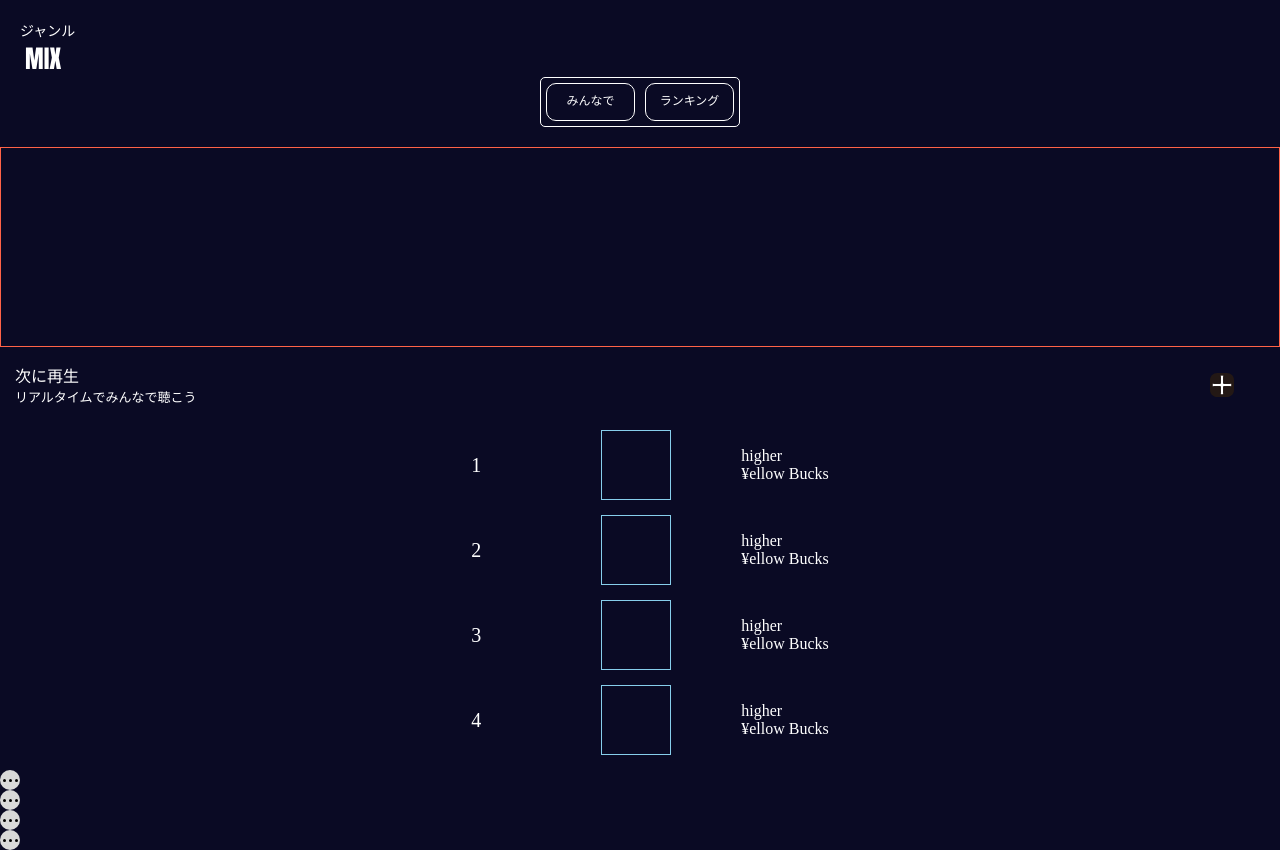
Repository: FujieRyou/2024_team
Page: /LoggedIn
An editor plug-in stored every save of this project. The page is shown before and after the next save, followed by the edit.
The browser window is 1280 px wide. The pictures show the whole page.
The project was rebuilt for these pictures with package versions that can differ from the ones it lists, and the page was loaded fresh each time. The framework's server and built-in components were replaced by stand-ins that run in the browser. Also part of the build but not shown: next.config.js.

Above is the page before, as saved 2024-01-10 10:39:55.

After the next save:
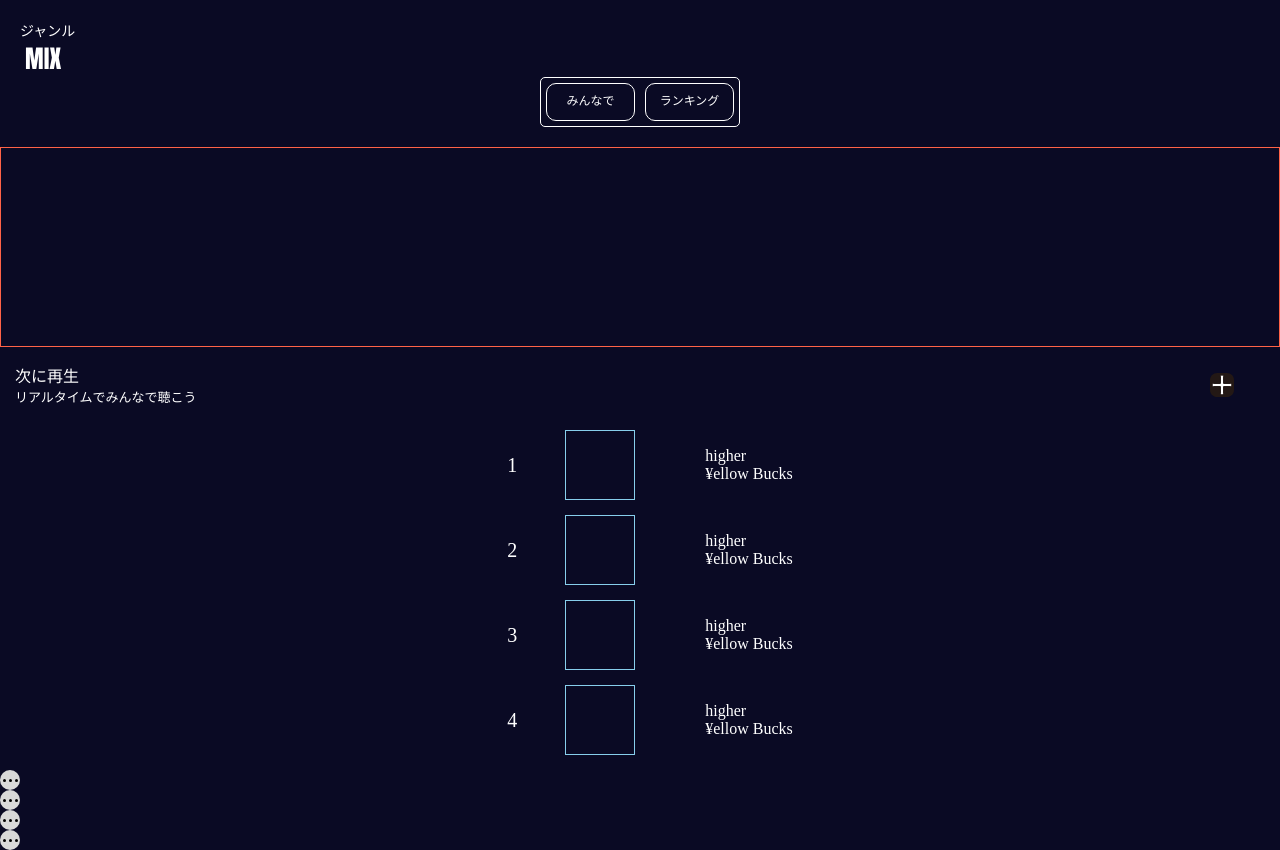
Saved 32 min 21 s later.
--- a/src/styles/index.css
+++ b/src/styles/index.css
@@ -258,9 +258,9 @@ h2{
     position: relative;
     top:24px;
     left:10px;
-  }
-
-  .dli-plus::before {
+}
+
+.dli-plus::before {
     content: '';
     position: absolute;
     top: 0;
@@ -271,7 +271,7 @@ h2{
     border-radius: inherit;
     transform: rotate(90deg);
 
-  }
+}
 #addition_wrap{
     display: flex;
 }
@@ -282,14 +282,14 @@ h2{
     height:35px;
     border-radius: 25%;
     margin-right: 50px;
-  }
-  .addition-text{
+}
+.addition-text{
     font-size: 30px;
     font-family:'Noto Sans JP', sans-serif;
 
 }
 
-  #plus_btn{
+#plus_btn{
     /* align-items: center; */
     margin-left:220px;
     margin-top: -18px;
@@ -321,7 +321,7 @@ h2{
     border: solid 1px skyblue;
     width: 70px;
     height: 70px;
-    margin-left: 100px;
+    margin-left: 28px;
 }
 .button_wrap{
     display: flex;
